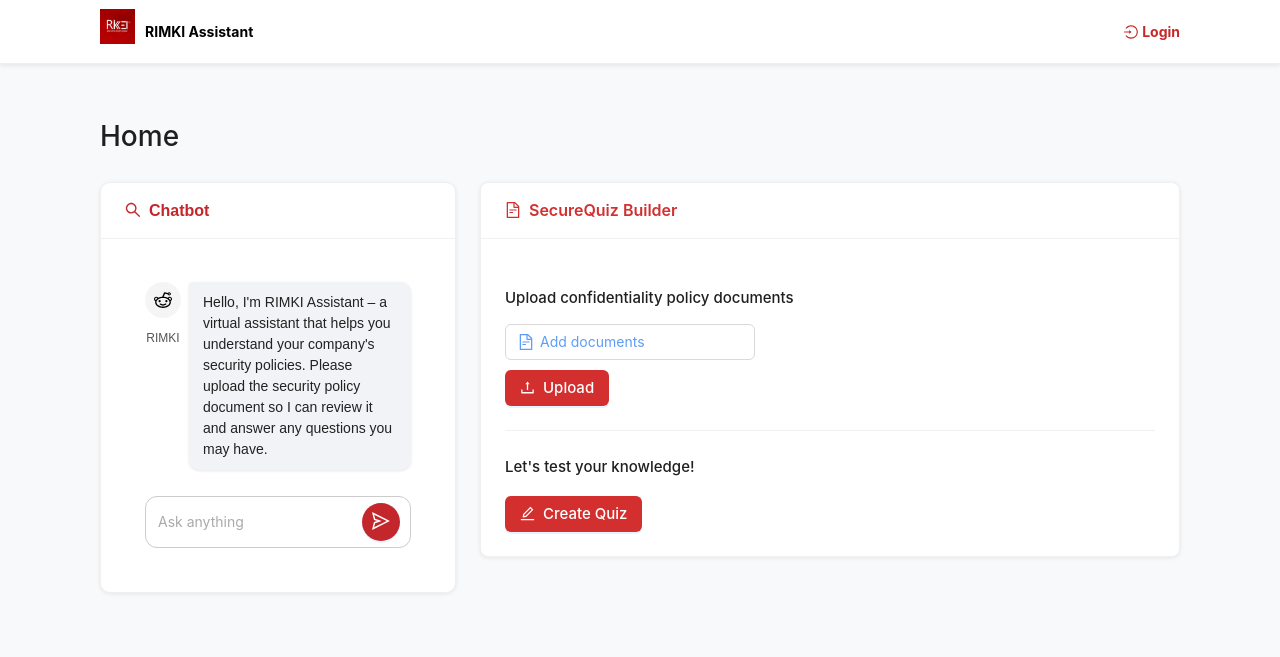
Repository: vietvux289/rimki-assistant
Page: / (app in rimki-frontend/)
These files come from the project's save history. The page is drawn as it stood at one moment and after the next save; the edit follows.
The browser window is 1280 px wide. The pictures show the whole page.
The project was rebuilt for these pictures with package versions that can differ from the ones it lists, and the page was loaded fresh each time. Also part of the build but not shown: rimki-frontend/vite.config.ts, rimki-frontend/src/pages/Login.tsx.

Above is the page before, as saved 2025-10-29 06:31:50.

### rimki-frontend/index.html
<!doctype html>
<html lang="en">
  <head>
    <meta charset="UTF-8" />
    <link rel="icon" type="image/svg+xml" href="./src/assets/rikkei-images.jpg" />
    <meta name="viewport" content="width=device-width, initial-scale=1.0" />
    <title>ai-frontend</title>
  </head>
  <body>
    <div id="root"></div>
    <script type="module" src="/src/main.tsx"></script>
  </body>
</html>

### rimki-frontend/src/main.tsx
import React from "react";
import ReactDOM from "react-dom/client";
import App from "./App";
import { BrowserRouter } from "react-router-dom";
import "antd/dist/reset.css";
import "./styles/global.scss";

ReactDOM.createRoot(document.getElementById("root")!).render(
  <React.StrictMode>
    <BrowserRouter>
      <App />
    </BrowserRouter>
  </React.StrictMode>
);

### rimki-frontend/src/App.tsx
import React from "react";
import { App as AntdApp } from "antd";
import RoutesIndex from "./routes";


const App: React.FC = () => {
  return (
    <AntdApp>
      <RoutesIndex />
    </AntdApp>
  );
};

export default App;

### rimki-frontend/src/styles/global.scss
*{
    margin: 0;
    padding: 0;
}

*, *::before, *::after {
  box-sizing: border-box;
}

.ant-card-head {
    .ant-card-head-title {
        color: #c3272b;
        font-weight: bold;
    }
}

.ant-btn-primary {
  background: #c3272b;
  border: none;
  border-radius: 10px;
  height: 42px;
  font-weight: 600;
  font-size: 15px;
  transition: all 0.3s ease;
  // margin: 0;

  &:hover {
    background: #e34b50 !important;
    transform: translateY(-2px);
    box-shadow: 0 4px 12px rgba(255, 65, 108, 0.3);
  }
}

// User dropdown menu styling
.user-dropdown-menu .ant-dropdown-menu-item {
  color: #c62828 !important;

  &:hover {
    background-color: rgba(198, 40, 40, 0.08) !important;
  }

  .anticon {
    color: #c62828 !important;
  }

  span {
    color: #c62828 !important;
  }
}

### rimki-frontend/src/routes/index.tsx
import React from "react";
import { Routes, Route, Navigate } from "react-router-dom";
import Login from "../pages/Login";
import Home from "../pages/Home";

const RoutesIndex: React.FC = () => (
  <Routes>
    <Route path="/login" element={<Login />} />
    <Route path="/home" element={<Home />} />
    <Route path="/" element={<Navigate to="/home" replace />} />
  </Routes>
);

export default RoutesIndex;

### rimki-frontend/src/pages/Home.tsx
import React from "react";
import { Layout } from "antd";
import "../styles/Home.scss";
import Chatbox from "../components/ChatBox";
import SecureQuiz from "../components/SecureQuizBuilder";
import AppHeader from "../layouts/Header";

const { Content } = Layout;

const Home: React.FC = () => {
  return (
    <Layout className="home-layout">
      <AppHeader />
      <Content className="content">
        <h1>Home</h1>
        <div className="cards-container">
          <Chatbox />
          <SecureQuiz />
        </div>
      </Content>
    </Layout>
  );
};

export default Home;

### rimki-frontend/src/styles/Login.scss
/* Login.scss */
.login-container {
  display: flex;
  justify-content: center;
  align-items: center;
  height: 100vh;
  background: #c3272b;
  font-family: "Poppins", sans-serif;
}

.login-box {
  background: #fff;
  padding: 45px 55px;
  border-radius: 10px;
  width: 380px;
  text-align: center;
  box-shadow: 0 10px 25px rgba(0, 0, 0, 0.15);
  animation: fadeIn 0.6s ease-in-out;
}

.logo {
  font-size: 50px;
  font-weight: 700;
  color: #c3272b;
  margin-bottom: 10px;
}

h2 {
  font-weight: 600;
  color: #222;
  margin-bottom: 25px;
  letter-spacing: 0.5px;
}

.ant-form-item {
  text-align: left;
}

.ant-input,
.ant-input-password {
  border-radius: 10px;
  padding: 10px 14px;
  border: 1px solid #ddd;
  transition: all 0.3s ease;

  &:hover,
  &:focus {
    border-color: #c3272b;
    box-shadow: 0 0 0 2px rgba(255, 75, 43, 0.2);
  }
}

.options {
  display: flex;
  justify-content: space-between;
  align-items: center;
  margin-bottom: 18px;
  font-size: 14px;

  .ant-form-item {
    margin-bottom: 0;
  }

  label {
    display: flex;
    align-items: center;
    gap: 6px;
    cursor: pointer;
    user-select: none;
  }

  input[type="checkbox"] {
    accent-color: #c3272b;
    transform: scale(1.1);
    cursor: pointer;
  }

  a {
    color: #c3272b;
    text-decoration: none;
    transition: color 0.3s ease;

    &:hover {
      color: #c3272b;
      text-decoration: underline;
    }
  }
}


@keyframes fadeIn {
  from {
    opacity: 0;
    transform: translateY(20px);
  }
  to {
    opacity: 1;
    transform: translateY(0);
  }
}

/* Responsive */
@media (max-width: 480px) {
  .login-box {
    width: 90%;
    padding: 30px;
  }

  h2 {
    font-size: 20px;
  }
}

### rimki-frontend/src/services/authService.ts
import axiosInstance from "./axios.customize";

export const authService = {
  login: async (username: string, password: string) => {
    try {
      const response = await axiosInstance.post("/auth/login", {
        username,
        password,
      });

      // Store token in localStorage
      if (response.token) {
        localStorage.setItem("access_token", response.token);
        localStorage.setItem("user", JSON.stringify(response.user));
      }

      return response;
    } catch (error: any) {
      // Extract error message from axios error response
      const errorMessage = error.response?.data?.message || error.message || "Login failed";
      throw new Error(errorMessage);
    }
  },

  logout: () => {
    localStorage.removeItem("access_token");
    localStorage.removeItem("user");
    localStorage.clear();
  },

  getProfile: async () => {
    try {
      const response = await axiosInstance.get("/auth/profile");
      return response;
    } catch (error: any) {
      throw new Error(error.message || "Failed to get profile");
    }
  },

  isAuthenticated: () => {
    const token = localStorage.getItem("access_token");
    return token && token !== "undefined" && token.trim() !== "";
  },

  getCurrentUser: () => {
    const userStr = localStorage.getItem("user");
    return userStr ? JSON.parse(userStr) : null;
  },
};

### rimki-frontend/src/styles/Home.scss
.home-layout {
  min-height: 100vh;
  background: #f7f9fb;

  .content {
    padding: 50px 100px;

    h1 {
      margin-bottom: 1.5rem;
    }

    .cards-container {
      display: grid;
      grid-template-columns: 1fr 1fr;
      gap: 1.5rem;

      @media (max-width: 768px) {
        grid-template-columns: 1fr;
      }
    }
  }
}

### rimki-frontend/src/components/SecureQuizBuilder.tsx
import React, { useState } from "react";
import { Card, Upload, Button, Input, Divider, Tooltip, App, Radio } from "antd";
import {
  CopyOutlined,
  EditOutlined,
  FileTextOutlined,
  UploadOutlined,
} from "@ant-design/icons";
import type { UploadProps, UploadFile } from "antd";
import "../styles/SecureQuizBuilder.scss";
import { quizService } from "../services/quizService";
import { authService } from "../services/authService";

const SecureQuiz: React.FC = () => {
  const { message } = App.useApp();
  const [fileList, setFileList] = useState<UploadFile[]>([]);
  const [quizLink, setQuizLink] = useState("");
  const [tooltipTitle, setTooltipTitle] = useState("Copy link");
  const [showLink, setShowLink] = useState(false);
  const [uploading, setUploading] = useState(false);
  const [creating, setCreating] = useState(false);
  const [selectedLanguage, setSelectedLanguage] = useState<string>('vi');

  const uploadProps: UploadProps = {
    multiple: true,
    showUploadList: {
      showRemoveIcon: true,
      showPreviewIcon: false,
    },
    fileList,
    beforeUpload: () => false,
    onChange: ({ fileList: newFileList }) => {
      setFileList(newFileList as UploadFile[]);
    },
  };

  const handleUpload = async () => {
    // Check if user is authenticated - check directly from authService
    const isAuth = authService.isAuthenticated();
    console.log("Is authenticated (Upload):", isAuth);

    if (!isAuth) {
      console.log("User not authenticated, showing upload message");
      message.warning({
        content: "Vui lòng đăng nhập để tải tài liệu lên",
        duration: 3,
      });
      return;
    }

    if (fileList.length === 0) {
      message.warning({
        content: "Please select at least one file to upload",
        duration: 3,
      });
      return;
    }

    setUploading(true);
    try {
      // Upload the first file (you can modify to upload multiple files)
      const file = fileList[0].originFileObj as File;
      const response = await quizService.uploadDocument(file);
      message.success({
        content: `Document "${response.document.filename}" uploaded successfully!`,
        duration: 3,
      });
      setFileList([]);
    } catch (error) {
      const errorMessage = error instanceof Error ? error.message : "Failed to upload document";
      message.error({
        content: errorMessage,
        duration: 3,
      });
    } finally {
      setUploading(false);
    }
  };

  const handleCreateQuiz = async () => {
    // Check if user is authenticated - check directly from authService
    const isAuth = authService.isAuthenticated();
    console.log("Is authenticated (Create Quiz):", isAuth);

    if (!isAuth) {
      console.log("User not authenticated, showing create quiz message");
      message.warning({
        content: "Vui lòng đăng nhập để tạo bài quiz",
        duration: 3,
      });
      return;
    }

    setCreating(true);
    try {
      const response = await quizService.createQuiz("Security Policy Quiz", selectedLanguage);
      setQuizLink(response.quiz.link);
      setShowLink(true);
      message.success({
        content: "Quiz created successfully!",
        duration: 3,
      });
    } catch (error) {
      const errorMessage = error instanceof Error ? error.message : "Failed to create quiz";
      message.error({
        content: errorMessage,
        duration: 3,
      });
    } finally {
      setCreating(false);
    }
  };

  const handleCopy = async (e: React.MouseEvent<HTMLButtonElement>) => {
    e.preventDefault();
    try {
      await navigator.clipboard.writeText(quizLink);
      setTooltipTitle("Copied!");
      setTimeout(() => setTooltipTitle("Copy link"), 1500);
    } catch {
      setTooltipTitle("Copy failed!");
      setTimeout(() => setTooltipTitle("Copy link"), 1500);
    }
  };

  return (
    <div className="secure-quiz-container">
      <Card
        className="secure-quiz-card"
        title={
          <div className="secure-quiz-title">
            <FileTextOutlined style={{ marginRight: 8 }} />
            <span>SecureQuiz Builder</span>
          </div>
        }
      >
        <div className="quiz-section">
          <h3 className="quiz-heading">
            Upload confidentiality policy documents
          </h3>

          <Upload {...uploadProps}>
            <div
              style={{
                border: "1px solid #d9d9d9",
                borderRadius: 6,
                padding: "6px 12px",
                marginTop: "0.5em",
                cursor: "pointer",
                display: "flex",
                alignItems: "center",
                gap: 6,
                width: 250,
              }}
            >
              <FileTextOutlined style={{ color: "#5d9df7ff", fontSize: 16 }} />
              <span style={{ color: "#5d9df7ff" }}>Add documents</span>
            </div>
          </Upload>

          <Button
            type="primary"
            icon={<UploadOutlined />}
            className="create-btn"
            onClick={handleUpload}
            loading={uploading}
          >
            Upload
          </Button>
        </div>

        <Divider />

        <div className="quiz-section">
          <h3 className="quiz-heading">Let's test your knowledge!</h3>

          <Button
            type="primary"
            icon={<EditOutlined />}
            className="create-btn"
            onClick={handleCreateQuiz}
            loading={creating}
          >
            Create Quiz
          </Button>

          {showLink && (
            <Input
              value={quizLink}
              readOnly
              className="copy-link-input"
              style={{ marginTop: "1em" }}
              addonAfter={
                <Tooltip title={tooltipTitle} trigger="hover">
                  <Button
                    type="text"
                    icon={<CopyOutlined />}
                    onClick={handleCopy}
                    className="copy-btn"
                  />
                </Tooltip>
              }
            />
          )}
        </div>
      </Card>
    </div>
  );
};

export default SecureQuiz;

### rimki-frontend/src/layouts/Header.tsx
import React from "react";
import { Layout, Dropdown, Space, message } from "antd";
import type { MenuProps } from "antd";
import "../styles/Header.scss";
import { LoginOutlined, LogoutOutlined, UserOutlined } from "@ant-design/icons";
import logo from "../assets/rikkei-images.jpg";
import { useNavigate } from "react-router-dom";
import { authService } from "../services/authService";

const { Header } = Layout;

const AppHeader: React.FC = () => {
  const navigate = useNavigate();
  const isAuthenticated = authService.isAuthenticated();
  const currentUser = authService.getCurrentUser();

  const handleLogout = () => {
    authService.logout();
    message.success("Logged out successfully");
    navigate("/home");
  };

  const userMenuItems: MenuProps['items'] = [
    {
      key: 'logout',
      label: (
        <Space onClick={handleLogout} style={{ cursor: 'pointer', width: '100%' }}>
          <LogoutOutlined />
          <span>Logout</span>
        </Space>
      ),
    },
  ];

  return (
    <Header className="header">
      <div className="logo-name" onClick={() => navigate('/home')}>
        <img src={logo} alt="RIMKI Logo" className="logo" />
        <span className="title">RIMKI Assistant</span>
      </div>
      <div style={{ display: "flex", alignItems: "center", gap: "10px" }}>
        {isAuthenticated && currentUser ? (
          <Dropdown
            menu={{ items: userMenuItems }}
            placement="bottomRight"
            trigger={['hover']}
            dropdownRender={(menu) => (
              <div className="user-dropdown-menu">
                {menu}
              </div>
            )}
          >
            <a className="login-link">
              <UserOutlined />
              <span className="user-name">{currentUser.username}</span>
            </a>
          </Dropdown>
        ) : (
          <a className="login-link" onClick={() => navigate('/login')}>
            <LoginOutlined />
            <span className="user-name">Login</span>
          </a>
        )}
      </div>
    </Header>
  );
};

export default AppHeader;

### rimki-frontend/src/services/axios.customize.ts
import axios from "axios";
import { message } from "antd";

const instance = axios.create({
  baseURL: "http://localhost:8080/api",
  withCredentials: false // JWT tokens don't need credentials
});

// Add a request interceptor
instance.interceptors.request.use(
  function (config) {
    // Do something before request is sent
    const token = localStorage.getItem('access_token');
    const auth = token ? `Bearer ${token}` : '';
    config.headers['Authorization'] = auth;
    return config;
  },
  function (error) {
    // Do something with request error
    return Promise.reject(error);
  }
);

// Add a response interceptor
instance.interceptors.response.use(
  function (response) {
    // Any status code that lie within the range of 2xx cause this function to trigger
    // Do something with response data
    if (response?.data) {
      return response.data;
    }
    return response;
  },
  function (error) {
    // Any status codes that falls outside the range of 2xx cause this function to trigger
    // Do something with response error

    // For login errors, don't redirect
    const isLoginEndpoint = error?.config?.url?.includes('/auth/login');

    if (error?.response?.status === 401 && !isLoginEndpoint) {
      localStorage.removeItem('access_token');
      localStorage.removeItem('user');
      message.error('Session expired. Please login again.');
      window.location.href = '/login';
    }

    // Reject the promise with the error
    return Promise.reject(error);
  }
);


export default instance;

### rimki-frontend/src/styles/Chatbox.scss
.chatbot-section {
  border-radius: 10px;
  font-family: "Poppins", sans-serif;
  box-shadow: 0 1px 4px rgba(0, 0, 0, 0.08);

  .chatbot-body {
    display: flex;
    flex-direction: column;
    gap: 14px;
    padding: 20px;
  }

  /* ----- Tin nhắn ----- */
  .chat-message {
    display: flex;
    width: 100%; /* QUAN TRỌNG: giúp max-width hoạt động đúng */
    gap: 8px;

    &.rimki {
      justify-content: flex-start;
      flex-direction: row; /* avatar trái, text phải */
    }

    &.user {
      justify-content: flex-end;
      // flex-direction: row-reverse; /* avatar phải, text trái */
    }

    .chat-text {
      padding: 10px 14px;
      border-radius: 10px;
      max-width: 100%;
      line-height: 1.5;
      font-size: 14px;
      white-space: pre-wrap;
      word-wrap: break-word;
      box-shadow: 0 1px 3px rgba(0, 0, 0, 0.1);
    }

    &.rimki .chat-text {
      background: #f1f3f6;
      color: #222;
      border-top-left-radius: 4px;
    }

    &.user .chat-text {
      background: #c3272b;
      color: white;
      border-top-right-radius: 4px;
    }

    .chat-icon {
      text-align: center;
      flex-shrink: 0; /* Giúp avatar không đẩy text */
      display: flex;
      flex-direction: column;
      align-items: center;

      .chat-label {
        font-size: 12px;
        margin-top: 4px;
        color: #555;
      }
    }
  }

  /* ----- Ô nhập tin nhắn ----- */
  .chat-input {
    position: relative;
    margin-top: 12px;
    display: flex;
    align-items: center;
    background: #fff;
    border: 1.5px solid #ccc;
    border-radius: 12px;
    padding: 8px 48px 8px 12px;
    transition: all 0.3s ease;

    &:hover {
      border: 1.5px solid #c3272b;
    }

    textarea.ant-input {
      border: none !important;
      box-shadow: none !important;
      resize: none;
      font-size: 14px;
      width: 100%;
      background: transparent;
      color: #333;
      padding: 6px 0;
      overflow-y: auto;

      &::placeholder {
        color: #aaa;
      }
    }

    /* Nút gửi */
    .ant-btn {
      position: absolute;
      right: 10px;
      top: 50%;
      transform: translateY(-50%);
      background: #ffecec;
      border: none;
      font-size: 18px;
      display: flex;
      align-items: center;
      justify-content: center;
      height: 38px;
      width: 38px;
      border-radius: 50%;
      transition: all 0.2s ease;

      &:hover {
        transform: translateY(-50%) scale(1.05);
      }

      &:active {
        transform: translateY(-50%) scale(0.95);
      }

      .ant-btn-primary {
        margin: 0;
      }
    }
  }

  /* ----- Responsive ----- */
  @media (max-width: 480px) {
    .chat-input {
      padding: 6px 42px 6px 10px;
      border-radius: 10px;

      textarea.ant-input {
        font-size: 13px;
      }

      .ant-btn {
        right: 6px;
        height: 32px;
        width: 32px;
      }
    }

    .chat-message .chat-text {
      max-width: 85%;
      font-size: 13px;
    }
  }
}

### rimki-frontend/src/services/chatService.ts
import axios from "axios";

const EXTERNAL_API_BASE = "http://10.1.24.54/api";

export const chatService = {
  sendMessage: async (message: string) => {
    try {
      const token = localStorage.getItem("access_token");
      const response = await axios.post(`${EXTERNAL_API_BASE}/chat/message`, {
        message,
      }, {
        headers: {
          Authorization: `Bearer ${token}`,
        },
      });
      return response.data;
    } catch (error: any) {
      throw new Error(error.response?.data?.message || error.message || "Failed to send message");
    }
  },
};

### rimki-frontend/src/styles/SecureQuizBuilder.scss
.secure-quiz-container {
  display: flex;
  justify-content: center;
  align-items: flex-start;
}

.secure-quiz-card {
  width: 700px;
  border-radius: 8px;
  box-shadow: 0 1px 4px rgba(0, 0, 0, 0.08);
}

.secure-quiz-title {
  font-weight: 600;
  font-size: 16px;
  color: #d32f2f;
  display: flex;
  align-items: center;
}

.upload-btn {
  margin-top: 8px;
  border-radius: 6px;
}

.quiz-section {
  margin-top: 24px;
  // text-align: center;
  .quiz-heading {
  font-size: 15px;
  font-weight: 500;
  // margin-bottom: 12px;
}

.create-btn {
  background-color: #d32f2f !important;
  border: none;
  border-radius: 6px;
  font-weight: 500;
  height: 36px;
  margin-top: 10px;
}

.create-btn:hover {
  background-color: #b71c1c !important;
}

}

// .copy-btn {
//   margin-top: 10px;
//   border-radius: 6px;
// }

.copy-link-input {
  margin-top: 12px;
  .ant-input {
    // color: #c3272b !important;
    font-size: 15px;
    border-top-left-radius: 8px !important;
    border-bottom-left-radius: 8px !important;
    padding: 8px 12px !important;
    background-color: #fff !important;
    box-shadow: none !important;

    &:focus,
    &:hover {
      box-shadow: none !important;
    }
  }

  .ant-input-group-addon {
    background-color: #c3272b !important;
    border: none !important;
    border-top-right-radius: 8px !important;
    border-bottom-right-radius: 8px !important;
    padding: 0 !important;
  }

  .copy-btn {
    background-color: transparent !important;
    color: #fff !important;
    border: none !important;
    width: 40px !important;
    height: 36px !important;
    display: flex;
    justify-content: center;
    align-items: center;
    transition: all 0.2s ease;

    &:hover {
      background: #d32f2f!important;
    }

    .anticon-copy {
      font-size: 16px;
    }
  }

  .ant-input-affix-wrapper {
    border: 1px solid #d9d9d9 !important;
    border-radius: 8px !important;
  }
}

### rimki-frontend/src/services/quizService.ts
import axiosInstance from "./axios.customize";
import axios from "axios";

const EXTERNAL_API_BASE = "http://10.1.24.54/api";

export const quizService = {
  uploadDocument: async (file: File) => {
    try {
      const token = localStorage.getItem("access_token");
      const formData = new FormData();
      formData.append("document", file);

      const response = await axios.post(
        `${EXTERNAL_API_BASE}/quiz/upload`,
        formData,
        {
          headers: {
            "Content-Type": "multipart/form-data",
            Authorization: `Bearer ${token}`,
          },
        }
      );

      return response.data;
    } catch (error: any) {
      throw new Error(error.response?.data?.message || "Failed to upload document");
    }
  },

  createQuiz: async (title: string, language: string = 'vi') => {
    try {
      const response = await axiosInstance.post("/quiz/create", {
        title,
        language,
      });
      return response;
    } catch (error: any) {
      throw new Error(error.message || "Failed to create quiz");
    }
  },

  getQuizzes: async () => {
    try {
      const response = await axiosInstance.get("/quiz/list");
      return response;
    } catch (error: any) {
      throw new Error(error.message || "Failed to get quizzes");
    }
  },
};

### rimki-frontend/src/styles/Header.scss
.header {
  background: white;
  display: flex;
  align-items: center;
  justify-content: space-between;
  padding: 0 100px;
  border-bottom: 1px solid #eee;
  box-shadow: 0 1px 5px 0 rgba(21, 24, 26, 0.1);

  .logo-name {
    display: flex;
    align-items: center;
    gap: 10px;
    /* khoảng cách giữa logo và tên */
    cursor: pointer;
  }

  .logo {
    width: 35px;
    height: 35px;
    object-fit: contain;
  }

  .title {
    color: #000000;
    font-size: 14px;
    font-weight: bold;
  }


  .login-link {
    display: inline-flex;
    align-items: center;
    gap: 4px;
    color: #c62828;
    text-decoration: none;
    cursor: pointer;
    transition: opacity 0.2s;

    &:hover {
      opacity: 0.8;
    }

    .user-name {
      font-weight: bold;
    }
  }

  // Custom dropdown menu styling
  .user-dropdown-menu {
    border-radius: 8px;
    box-shadow: 0 2px 8px rgba(0, 0, 0, 0.15);

    .ant-dropdown-menu-item {
      color: #c62828 !important;
      padding: 8px 16px;
      transition: all 0.2s;

      &:hover {
        background-color: rgba(198, 40, 40, 0.08) !important;
      }

      .anticon {
        color: #c62828 !important;
        margin-right: 8px;
      }

      span {
        color: #c62828 !important;
        font-weight: 500;
      }
    }
  }
}

Loaded but not shown: rimki-frontend/src/components/ChatBox.tsx (153 lines, source omitted)

After the next save:
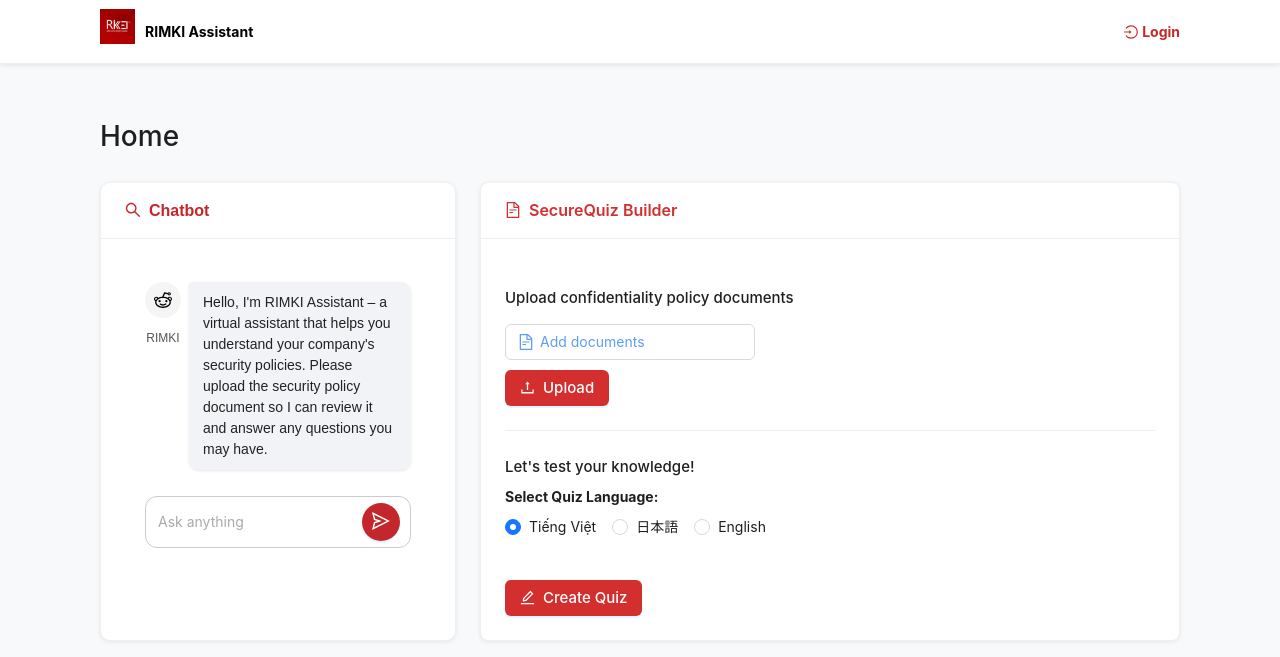
Saved 5 s later.
--- a/rimki-frontend/src/components/SecureQuizBuilder.tsx
+++ b/rimki-frontend/src/components/SecureQuizBuilder.tsx
@@ -173,6 +173,21 @@ const SecureQuiz: React.FC = () => {
 
         <div className="quiz-section">
           <h3 className="quiz-heading">Let's test your knowledge!</h3>
+
+          <div style={{ marginBottom: '16px' }}>
+            <label style={{ display: 'block', marginBottom: '8px', fontWeight: 'bold' }}>
+              Select Quiz Language:
+            </label>
+            <Radio.Group
+              value={selectedLanguage}
+              onChange={(e) => setSelectedLanguage(e.target.value)}
+              style={{ marginBottom: '16px' }}
+            >
+              <Radio value="vi">Tiếng Việt</Radio>
+              <Radio value="ja">日本語</Radio>
+              <Radio value="en">English</Radio>
+            </Radio.Group>
+          </div>
 
           <Button
             type="primary"
